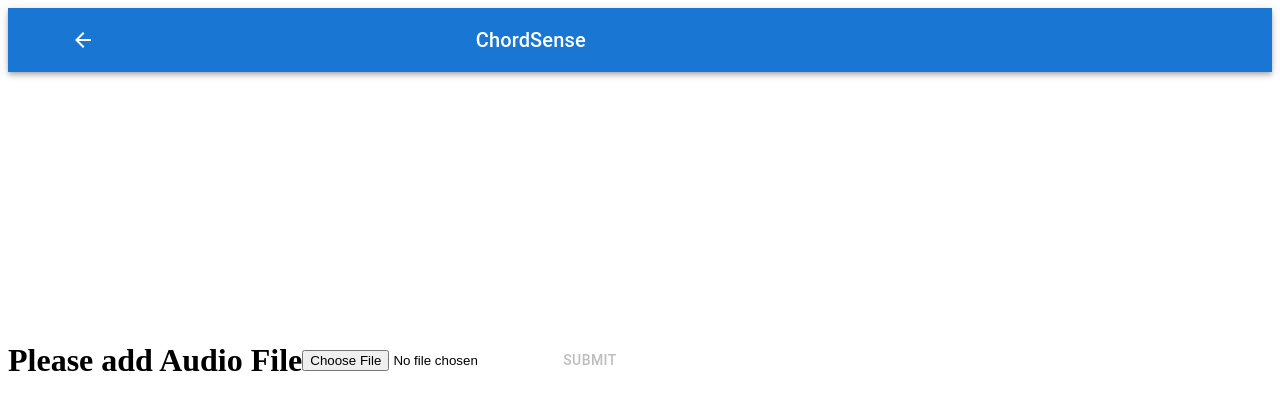
Repository: shamu332/ChordSense
Page: / (app in ui/)
An editor plug-in stored every save of this project. The page is shown before and after the next save, followed by the edit.
The browser window is 1280 px wide. The pictures show the whole page.
The project was rebuilt for these pictures with package versions that can differ from the ones it lists, and the page was loaded fresh each time. Also part of the build but not shown: ui/src/pages/Results.js.

Above is the page before, as saved 2023-03-11 15:43:32.

### ui/src/index.js

import React from "react";
import ReactDOM from "react-dom";
import { BrowserRouter as Router, Routes, Route } from "react-router-dom";
import Results from "./pages/Results";
import Landing from "./pages/Landing";

ReactDOM.render(
  <>
    <Router>
      <Routes>
        <Route path="/" element={<Landing />} />
        <Route path="/results" element={<Results />} />
      </Routes>
    </Router>
  </>,
  document.getElementById("root")
);

### ui/src/pages/Landing.js
import React, { useState, ChangeEvent } from "react";
import Header from "../Header";
import CircularProgress from "@mui/material/CircularProgress";
import UploadFileIcon from '@mui/icons-material/UploadFile';
import Button from '@mui/material/Button';
import { useNavigate } from "react-router-dom";

function Scanner() {
  const [loader, setLoader] = useState(false);
  const [selectedFile, setSelectedFile] = useState();
  const [isFilePicked, setIsFilePicked] = useState(false);
  let navigate = useNavigate();

  function toggleLoader() {
    setLoader(!loader);
  }


const changeHandler = (event) => {
	setSelectedFile(event.target.files[0]);
	setIsFilePicked(true);
};



  return (
    <>
      <Header />
      <div
        style={{
          display: "flex",
          alignItems: "flex-end",
          height: "30vh",
        }}
      >
      </div>
      {loader ? (
        <div
          style={{
            display: "flex",
            justifyContent: "center",
            alignItems: "center",
            height: "30vh",
          }}
        >
          <CircularProgress />
        </div>
      ) : (
        <>
          <div
            style={{
              display: "flex",
              alignItems: "center",
              height:"20vh",
            }}
          >
            <h1>
            Please add Audio File
        </h1>
            <input type="file" name="file" onChange={changeHandler} />

                {isFilePicked ? (
                    <>
                    <div>
                        <p>Filename: {selectedFile.name}</p>
                        <p>Filetype: {selectedFile.type}</p>
                        <p>Size in bytes: {selectedFile.size}</p>
                    </div>
                    <div
                    style={{
                      display: "flex",
                    }}
                  >
                    <Button
                      onClick={toggleLoader}
                      variant="contained"
                    >
                      Submit
                    </Button>
                  </div>
                  </>
                ) : (
                    <div
            style={{
              display: "flex",
            }}
          >
            <Button
              disabled
            >
              Submit
            </Button>
          </div>
                )}
          </div>
        </>
      )}
    </>
  );
}

export default Scanner;

### ui/src/Header.js
import * as React from "react";
import AppBar from "@mui/material/AppBar";
import Box from "@mui/material/Box";
import Toolbar from "@mui/material/Toolbar";
import Typography from "@mui/material/Typography";
import IconButton from "@mui/material/IconButton";
import ArrowBackIcon from "@mui/icons-material/ArrowBack";
import { useNavigate } from "react-router-dom";

export default function Header() {
  const navigate = useNavigate();
  return (
    <Box sx={{ flexGrow: 1 }}>
      <AppBar position="static">
        <Toolbar>
          <IconButton
            size="large"
            edge="start"
            color="inherit"
            aria-label="menu"
            sx={{ mr: 2 }}
          ></IconButton>
          <ArrowBackIcon
            onClick={() => navigate(-1)}
            sx={{ position: "absolute", left: "5%" }}
          />
          <Typography
            variant="h6"
            component="div"
            sx={{ flexGrow: 1, position: "absolute", left: "37%" }}
          >
            ChordSense
          </Typography>
        </Toolbar>
      </AppBar>
    </Box>
  );
}

Loaded but not shown: ui/public/index.html (common file)

After the next save:
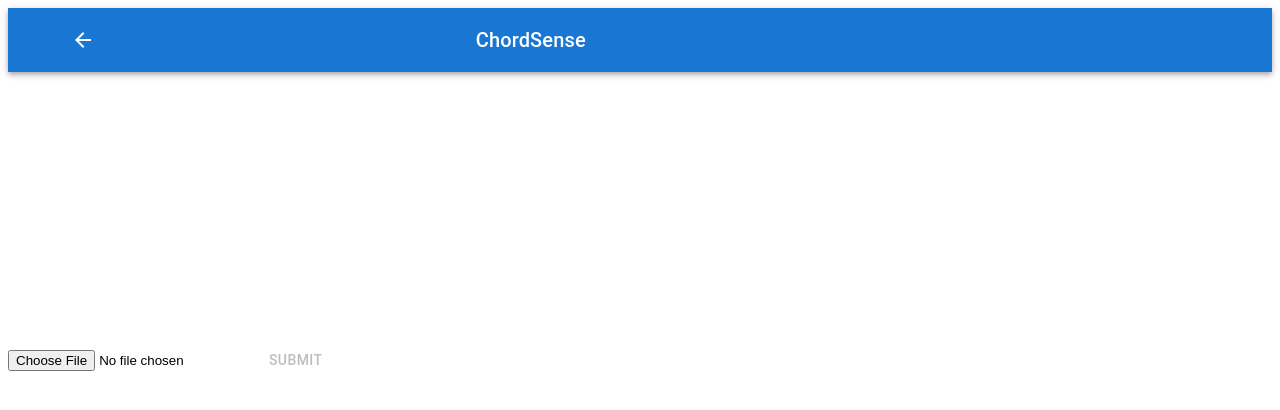
Saved 29 s later.
--- a/ui/src/pages/Landing.js
+++ b/ui/src/pages/Landing.js
@@ -54,9 +54,6 @@ const changeHandler = (event) => {
               height:"20vh",
             }}
           >
-            <h1>
-            Please add Audio File
-        </h1>
             <input type="file" name="file" onChange={changeHandler} />
 
                 {isFilePicked ? (
